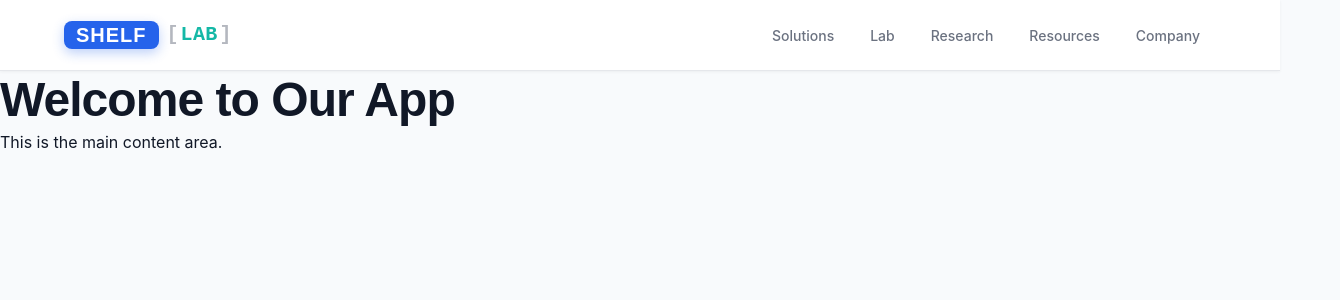
Repository: VladimirGagarin/shelf
Page: /
The author's editor kept a copy of each file at every save. The page is drawn from the files as they stood at one save, then again after a run of saves.
The browser window is 1280 px wide. The page is 1340 px wide, so the pictures cover 1340 px, including what lies to the right of the window. The pictures show the whole page.
The project was rebuilt for these pictures with package versions that can differ from the ones it lists, and the page was loaded fresh each time. Also part of the build but not shown: vite.config.js, src/App.css, src/About/about.jsx.

Above is the page before, as saved 2026-07-13 18:28:20.

### index.html
<!doctype html>
<html lang="en">
  <head>
    <meta charset="UTF-8" />
    <link rel="icon" type="image/svg+xml" href="/favicon.svg" />
    <meta name="viewport" content="width=device-width, initial-scale=1.0" />
    <title>shelf-lab</title>
  </head>
  <body>
    <div id="root"></div>
    <script type="module" src="/src/main.jsx"></script>
  </body>
</html>

### src/main.jsx
import { StrictMode } from 'react'
import { createRoot } from 'react-dom/client'
import './index.css'
import App from './App.jsx'
import { createBrowserRouter, RouterProvider } from "react-router-dom";
import AboutPage from './About/about.jsx'

const router = createBrowserRouter([
  {
    path: "/",
    element: <App />,
  },
  {
    path: "/about",
    element: <AboutPage />,
  },
  {
    path:"*",
    element: <App/>,
  }
]);

createRoot(document.getElementById('root')).render(
  <StrictMode>
    <RouterProvider router={router} />
  </StrictMode>,
)

### src/App.jsx
import Navbar from "./Shared/components/Navbar"
import './App.css'

function App() {


  return (
    <>
      <Navbar />
      <section className="LandingPage">
        <h1>Welcome to Our App</h1>
        <p>This is the main content area.</p>
      </section>
      <section className="LandingPage"></section>
    </>
  )
}

export default App

### src/Shared/components/Navbar.jsx
import "./Navbar.css";
import { FaBars, FaTimes } from "react-icons/fa";
import { useState, useEffect, useRef } from "react";

export default function Navbar() {
  const [isMobile, setIsMobile] = useState(window.innerWidth <= 768);
  const [isMenuOpen, setIsMenuOpen] = useState(false);
  const menuRef = useRef(null);
  const buttonRef = useRef(null);

  // Handle window resize
  useEffect(() => {
    const handleResize = () => {
      const mobile = window.innerWidth <= 768;
      setIsMobile(mobile);
      if (!mobile) setIsMenuOpen(false); // Close menu on desktop
    };

    window.addEventListener("resize", handleResize);
    return () => window.removeEventListener("resize", handleResize);
  }, []);

  // Handle click outside to close menu
  useEffect(() => {
    const handleClickOutside = (event) => {
      if (
        isMenuOpen &&
        menuRef.current &&
        !menuRef.current.contains(event.target) &&
        !buttonRef.current.contains(event.target)
      ) {
        setIsMenuOpen(false);
      }
    };

    document.addEventListener("mousedown", handleClickOutside);
    return () => document.removeEventListener("mousedown", handleClickOutside);
  }, [isMenuOpen]);

  // Handle escape key to close menu
  useEffect(() => {
    const handleEscape = (event) => {
      if (isMenuOpen && event.key === "Escape") {
        setIsMenuOpen(false);
      }
    };

    document.addEventListener("keydown", handleEscape);
    return () => document.removeEventListener("keydown", handleEscape);
  }, [isMenuOpen]);

  // Prevent body scroll when menu is open on mobile
  useEffect(() => {
    if (isMenuOpen && isMobile) {
      document.body.style.overflow = "hidden";
    } else {
      document.body.style.overflow = "unset";
    }
    return () => {
      document.body.style.overflow = "unset";
    };
  }, [isMenuOpen, isMobile]);

  const toggleMenu = () => {
    setIsMenuOpen(!isMenuOpen);
  };

  const navItems = [
    {
      title: "Solutions",
      children: [
        { label: "Services", link: "/services" },
        { label: "Industries", link: "/industries" },
        { label: "Case Studies", link: "/case-studies" },
        { label: "Request Solution", link: "/request" },
      ],
    },
    {
      title: "Lab",
      children: [
        { label: "Algorithms", link: "/algorithms" },
        { label: "Experiments", link: "/experiments" },
        { label: "Challenges", link: "/challenges" },
        { label: "Demos", link: "/demos" },
      ],
    },
    {
      title: "Research",
      children: [
        { label: "Research Lab", link: "/research" },
        { label: "Benchmarks", link: "/benchmarks" },
        { label: "Publications", link: "/publications" },
      ],
    },
    {
      title: "Resources",
      children: [
        { label: "Blog", link: "/blog" },
        { label: "Tutorials", link: "/tutorials" },
        { label: "Documentation", link: "/docs" },
      ],
    },
    {
      title: "Company",
      children: [
        { label: "About", link: "/about" },
        { label: "Careers", link: "/careers" },
        { label: "Contact", link: "/contact" },
      ],
    },
  ];

  return (
    <>
      <nav className="navbar" role="navigation" aria-label="Main navigation">
        <div className="navbar-container">
          {/* Logo */}
          <div className="nav-logo">
            <a href="/" aria-label="ShelfLab Home">
              <h2 className="hero-title">
                <span className="shelf-box">SHELF</span>
                <span className="lab-text">LAB</span>
              </h2>
            </a>
          </div>

          {/* Desktop Menu */}
          {!isMobile && (
            <div className="nav-menu">
              <ul className="nav-list">
                {navItems.map((item, index) => (
                  <li key={index} className="nav-item">
                    <button
                      className="nav-link"
                      aria-haspopup="true"
                      aria-expanded="false"
                    >
                      {item.title}
                    </button>
                    <ul className="dropdown-menu">
                      {item.children.map((child, childIndex) => (
                        <li key={childIndex}>
                          <a href={child.link} className="dropdown-link">
                            {child.label}
                          </a>
                        </li>
                      ))}
                    </ul>
                  </li>
                ))}
              </ul>
            </div>
          )}

          {/* Mobile Menu Button */}
          {isMobile && (
            <button
              ref={buttonRef}
              className="menu-toggle"
              onClick={toggleMenu}
              aria-label={isMenuOpen ? "Close menu" : "Open menu"}
              aria-expanded={isMenuOpen}
              aria-controls="mobile-menu"
            >
              {isMenuOpen ? <FaTimes /> : <FaBars />}
            </button>
          )}
        </div>
      </nav>

      {/* Mobile Menu Overlay */}
      {isMobile && (
        <div
          id="mobile-menu"
          ref={menuRef}
          className={`mobile-menu ${isMenuOpen ? "open" : ""}`}
          role="dialog"
          aria-modal="true"
          aria-label="Mobile navigation"
        >
          <div className="mobile-menu-content">
            <ul className="mobile-nav-list">
              {navItems.map((item, index) => (
                <li key={index} className="mobile-nav-item">
                  <div className="mobile-nav-header">
                    <span>{item.title}</span>
                  </div>
                  <ul className="mobile-submenu">
                    {item.children.map((child, childIndex) => (
                      <li key={childIndex}>
                        <a
                          href={child.link}
                          className="mobile-nav-link"
                          onClick={() => setIsMenuOpen(false)}
                        >
                          {child.label}
                        </a>
                      </li>
                    ))}
                  </ul>
                </li>
              ))}
            </ul>
          </div>
        </div>
      )}
    </>
  );
}

### src/About/about.css
/* about.css */

/* ========================================
   ABOUT PAGE STYLES
   ======================================== */

   :root {
  /* ===== COLORS ===== */
  /* Backgrounds */
  --bg-primary: #F8FAFC;
  --bg-surface: #FFFFFF;
  --bg-card: #FFFFFF;

  /* Primary */
  --color-primary: #2563EB;
  --color-primary-hover: #1D4ED8;

  /* Accent */
  --color-accent: #14B8A6;

  /* Text */
  --color-text: #111827;
  --color-text-secondary: #6B7280;

  /* Borders */
  --color-border: #E5E7EB;

  /* Status */
  --color-success: #22C55E;
  --color-warning: #F59E0B;
  --color-danger: #EF4444;

  /* ===== TYPOGRAPHY ===== */
  /* Font Families */
  --font-heading: 'Space Grotesk', 'Sora', sans-serif;
  --font-body: 'Inter', -apple-system, BlinkMacSystemFont, 'Segoe UI', Roboto, sans-serif;
  --font-code: 'JetBrains Mono', 'Fira Code', 'Cascadia Code', monospace;

  /* Font Sizes */
  --text-xs: 0.75rem;    /* 12px */
  --text-sm: 0.875rem;   /* 14px */
  --text-base: 1rem;     /* 16px */
  --text-lg: 1.125rem;   /* 18px */
  --text-xl: 1.25rem;    /* 20px */
  --text-2xl: 1.5rem;    /* 24px */
  --text-3xl: 1.875rem;  /* 30px */
  --text-4xl: 2.25rem;   /* 36px */
  --text-5xl: 3rem;      /* 48px */

  /* Font Weights */
  --font-light: 300;
  --font-regular: 400;
  --font-medium: 500;
  --font-semibold: 600;
  --font-bold: 700;
}

/* ===== DARK THEME ===== */
@media (prefers-color-scheme: dark) {
  :root {
    /* Backgrounds */
    --bg-primary: #0B1220;
    --bg-surface: #111827;
    --bg-card: #1E293B;

    /* Primary */
    --color-primary: #3B82F6;
    --color-primary-hover: #2563EB;

    /* Accent */
    --color-accent: #2DD4BF;

    /* Text */
    --color-text: #F8FAFC;
    --color-text-secondary: #CBD5E1;

    /* Borders */
    --color-border: #334155;

    /* Status */
    --color-success: #22C55E;
    --color-warning: #FBBF24;
    --color-danger: #F87171;
  }
}

/* ========================================
   HERO SECTION
   ======================================== */

.hero-section {
  min-height: 80vh;
  display: flex;
  align-items: center;
  background: linear-gradient(135deg, var(--bg-primary) 0%, var(--bg-surface) 100%);
  padding: 4rem 2rem;
  position: relative;
  overflow: hidden;
}

.hero-content {
  flex: 1;
  max-width: 700px;
  position: relative;
  z-index: 2;
}

.hero-badge {
  display: inline-block;
  background: var(--color-primary);
  color: white;
  padding: 0.25rem 1rem;
  border-radius: 50px;
  font-size: var(--text-xs);
  font-weight: var(--font-semibold);
  text-transform: uppercase;
  letter-spacing: 0.05em;
  margin-bottom: 1.5rem;
}

.hero-content h1 {
  font-size: var(--text-5xl);
  font-weight: var(--font-bold);
  color: var(--color-text);
  margin-bottom: 0.5rem;
  letter-spacing: -0.02em;
}

.hero-content h2 {
  font-size: var(--text-3xl);
  font-weight: var(--font-medium);
  color: var(--color-primary);
  margin-bottom: 1.5rem;
}

.hero-description {
  font-size: var(--text-lg);
  color: var(--color-text-secondary);
  line-height: 1.8;
  max-width: 550px;
  margin-bottom: 2rem;
}

.cta-group {
  display: flex;
  gap: 1rem;
  flex-wrap: wrap;
}

.btn-primary {
  display: inline-flex;
  align-items: center;
  gap: 0.5rem;
  background: var(--color-primary);
  color: white;
  padding: 0.75rem 1.75rem;
  border-radius: 0.5rem;
  font-weight: var(--font-medium);
  text-decoration: none;
  transition: all 0.3s ease;
}

.btn-primary:hover {
  background: var(--color-primary-hover);
  transform: translateY(-2px);
  box-shadow: 0 10px 20px rgba(37, 99, 235, 0.3);
}

.btn-secondary {
  display: inline-flex;
  align-items: center;
  gap: 0.5rem;
  background: transparent;
  color: var(--color-text);
  padding: 0.75rem 1.75rem;
  border: 2px solid var(--color-border);
  border-radius: 0.5rem;
  font-weight: var(--font-medium);
  text-decoration: none;
  transition: all 0.3s ease;
}

.btn-secondary:hover {
  border-color: var(--color-primary);
  color: var(--color-primary);
  transform: translateY(-2px);
}

.hero-visual {
  flex: 1;
  position: relative;
  min-height: 400px;
}

.floating-shapes {
  position: relative;
  width: 100%;
  height: 100%;
}

.shape {
  position: absolute;
  border-radius: 50%;
  background: var(--color-primary);
  opacity: 0.1;
  animation: float 6s ease-in-out infinite;
}

.shape-1 {
  width: 200px;
  height: 200px;
  top: 20%;
  right: 20%;
  animation-delay: 0s;
}

.shape-2 {
  width: 150px;
  height: 150px;
  top: 50%;
  right: 50%;
  animation-delay: 2s;
  background: var(--color-accent);
}

.shape-3 {
  width: 100px;
  height: 100px;
  top: 10%;
  right: 60%;
  animation-delay: 4s;
  background: var(--color-success);
}

@keyframes float {
  0%, 100% { transform: translateY(0) rotate(0deg); }
  50% { transform: translateY(-20px) rotate(10deg); }
}

/* ========================================
   WHO WE ARE SECTION
   ======================================== */

.who-we-are-section {
  padding: 5rem 2rem;
  background: var(--bg-surface);
}

.section-container {
  max-width: 1200px;
  margin: 0 auto;
}

.section-header {
  text-align: center;
  margin-bottom: 3rem;
}

.section-tag {
  display: inline-block;
  color: var(--color-primary);
  font-size: var(--text-xs);
  font-weight: var(--font-semibold);
  text-transform: uppercase;
  letter-spacing: 0.1em;
  margin-bottom: 0.5rem;
}

.section-header h2 {
  font-size: var(--text-4xl);
  font-weight: var(--font-bold);
  color: var(--color-text);
  margin-bottom: 0.75rem;
}

.section-subtitle {
  font-size: var(--text-lg);
  color: var(--color-text-secondary);
  max-width: 600px;
  margin: 0 auto;
}

.who-we-are-grid {
  display: grid;
  grid-template-columns: 1fr 1fr;
  gap: 4rem;
  align-items: center;
}

.who-we-are-content p {
  font-size: var(--text-lg);
  color: var(--color-text-secondary);
  line-height: 1.8;
  margin-bottom: 1.5rem;
}

.who-we-are-stats {
  display: grid;
  grid-template-columns: 1fr 1fr 1fr;
  gap: 2rem;
}

.stat-item {
  text-align: center;
  padding: 2rem;
  background: var(--bg-primary);
  border-radius: 0.75rem;
  border: 1px solid var(--color-border);
}

.stat-number {
  display: block;
  font-size: var(--text-3xl);
  font-weight: var(--font-bold);
  color: var(--color-primary);
  margin-bottom: 0.5rem;
}

.stat-label {
  font-size: var(--text-sm);
  color: var(--color-text-secondary);
}

/* ========================================
   MISSION SECTION
   ======================================== */

.mission-section {
  padding: 5rem 2rem;
  background: linear-gradient(135deg, var(--bg-primary) 0%, var(--bg-surface) 100%);
}

.mission-grid {
  display: grid;
  grid-template-columns: 1fr 1fr;
  gap: 3rem;
  max-width: 1000px;
  margin: 0 auto;
}

.mission-card {
  background: var(--bg-card);
  padding: 3rem;
  border-radius: 1rem;
  border: 1px solid var(--color-border);
  text-align: center;
  transition: all 0.3s ease;
}

.mission-card:hover {
  transform: translateY(-5px);
  box-shadow: 0 20px 40px rgba(0, 0, 0, 0.08);
}

.mission-icon {
  font-size: 3rem;
  margin-bottom: 1rem;
}

.mission-card h3 {
  font-size: var(--text-2xl);
  font-weight: var(--font-bold);
  color: var(--color-text);
  margin-bottom: 1rem;
}

.mission-card p {
  color: var(--color-text-secondary);
  line-height: 1.8;
}

/* ========================================
   PRINCIPLES SECTION
   ======================================== */

.principles-section {
  padding: 5rem 2rem;
  background: var(--bg-surface);
}

.principles-cards {
  display: grid;
  grid-template-columns: repeat(auto-fit, minmax(250px, 1fr));
  gap: 2rem;
}

.principle-card {
  background: var(--bg-card);
  padding: 2.5rem 2rem;
  border-radius: 1rem;
  border: 1px solid var(--color-border);
  text-align: center;
  transition: all 0.3s ease;
}

.principle-card:hover {
  transform: translateY(-5px);
  border-color: var(--color-primary);
  box-shadow: 0 10px 30px rgba(37, 99, 235, 0.1);
}

.principle-icon-wrapper {
  display: inline-flex;
  align-items: center;
  justify-content: center;
  width: 64px;
  height: 64px;
  border-radius: 50%;
  background: var(--bg-primary);
  color: var(--color-primary);
  font-size: 1.5rem;
  margin-bottom: 1rem;
  transition: all 0.3s ease;
}

.principle-card:hover .principle-icon-wrapper {
  background: var(--color-primary);
  color: white;
}

.principle-card h3 {
  font-size: var(--text-xl);
  font-weight: var(--font-semibold);
  color: var(--color-text);
  margin-bottom: 0.5rem;
}

.principle-tagline {
  color: var(--color-primary);
  font-weight: var(--font-medium);
  margin-bottom: 0.75rem;
}

.principle-description {
  color: var(--color-text-secondary);
  font-size: var(--text-sm);
  line-height: 1.6;
}

/* ========================================
   WORKFLOW SECTION
   ======================================== */

.workflow-section {
  padding: 5rem 2rem;
  background: var(--bg-primary);
}

.workflow-steps {
  display: flex;
  justify-content: space-between;
  align-items: flex-start;
  gap: 1rem;
  overflow-x: auto;
  padding: 1rem 0;
}

.workflow-step-wrapper {
  display: flex;
  align-items: center;
  flex: 1;
  min-width: 140px;
}

.step-card {
  background: var(--bg-card);
  padding: 2rem 1.5rem;
  border-radius: 0.75rem;
  border: 1px solid var(--color-border);
  text-align: center;
  flex: 1;
  transition: all 0.3s ease;
  position: relative;
}

.step-card:hover {
  transform: translateY(-5px);
  border-color: var(--color-primary);
  box-shadow: 0 10px 30px rgba(37, 99, 235, 0.1);
}

.step-number {
  display: inline-flex;
  align-items: center;
  justify-content: center;
  width: 40px;
  height: 40px;
  border-radius: 50%;
  background: var(--color-primary);
  color: white;
  font-weight: var(--font-bold);
  margin-bottom: 1rem;
}

.step-icon {
  font-size: 1.5rem;
  color: var(--color-primary);
  margin-bottom: 0.75rem;
}

.step-card h3 {
  font-size: var(--text-base);
  font-weight: var(--font-semibold);
  color: var(--color-text);
  margin-bottom: 0.5rem;
}

.step-card p {
  font-size: var(--text-xs);
  color: var(--color-text-secondary);
}

.step-connector {
  color: var(--color-text-secondary);
  font-size: 1.5rem;
  padding: 0 0.5rem;
  flex-shrink: 0;
}

/* ========================================
   INDUSTRIES SECTION
   ======================================== */

.industries-section {
  padding: 5rem 2rem;
  background: var(--bg-surface);
}

.industries-grid {
  display: grid;
  grid-template-columns: repeat(auto-fit, minmax(250px, 1fr));
  gap: 2rem;
}

.industry-card {
  background: var(--bg-card);
  padding: 2.5rem 2rem;
  border-radius: 1rem;
  border: 1px solid var(--color-border);
  text-align: center;
  transition: all 0.3s ease;
}

.industry-card:hover {
  transform: translateY(-5px);
  box-shadow: 0 10px 30px rgba(0, 0, 0, 0.08);
}

.industry-icon {
  font-size: 2.5rem;
  color: var(--color-primary);
  margin-bottom: 1rem;
}

.industry-card h3 {
  font-size: var(--text-xl);
  font-weight: var(--font-semibold);
  color: var(--color-text);
  margin-bottom: 1rem;
}

.industry-items {
  list-style: none;
  padding: 0;
  margin: 0;
}

.industry-items li {
  padding: 0.5rem 0;
  color: var(--color-text-secondary);
  font-size: var(--text-sm);
  border-bottom: 1px solid var(--color-border);
}

.industry-items li:last-child {
  border-bottom: none;
}

/* ========================================
   WHY SHELFLAB SECTION
   ======================================== */

.why-shelflab-section {
  padding: 5rem 2rem;
  background: var(--bg-primary);
}

.why-shelflab-grid {
  display: grid;
  grid-template-columns: repeat(auto-fit, minmax(300px, 1fr));
  gap: 2rem;
}

.why-shelflab-card {
  background: var(--bg-card);
  padding: 3rem 2rem;
  border-radius: 1rem;
  border: 1px solid var(--color-border);
  text-align: center;
  transition: all 0.3s ease;
}

.why-shelflab-card:hover {
  transform: translateY(-5px);
  box-shadow: 0 10px 30px rgba(0, 0, 0, 0.08);
}

.pillar-icon {
  font-size: 3rem;
  color: var(--color-primary);
  margin-bottom: 1rem;
}

.why-shelflab-card h3 {
  font-size: var(--text-xl);
  font-weight: var(--font-semibold);
  color: var(--color-text);
  margin-bottom: 0.75rem;
}

.why-shelflab-card p {
  color: var(--color-text-secondary);
  line-height: 1.6;
}

/* ========================================
   CTA SECTION
   ======================================== */

.cta-section {
  padding: 5rem 2rem;
  background: linear-gradient(135deg, var(--color-primary) 0%, var(--color-primary-hover) 100%);
  text-align: center;
  position: relative;
  overflow: hidden;
}

.cta-section::before {
  content: '';
  position: absolute;
  top: -50%;
  right: -50%;
  width: 100%;
  height: 200%;
  background: rgba(255, 255, 255, 0.05);
  transform: rotate(30deg);
}

.cta-content {
  position: relative;
  z-index: 1;
  max-width: 700px;
  margin: 0 auto;
}

.cta-content h2 {
  font-size: var(--text-4xl);
  font-weight: var(--font-bold);
  color: white;
  margin-bottom: 1.5rem;
}

.cta-content p {
  font-size: var(--text-lg);
  color: rgba(255, 255, 255, 0.9);
  line-height: 1.8;
  margin-bottom: 2rem;
}

.btn-large {
  padding: 1rem 2.5rem;
  font-size: var(--text-lg);
  background: white;
  color: var(--color-primary);
}

.btn-large:hover {
  background: var(--bg-primary);
  transform: translateY(-3px);
  box-shadow: 0 15px 30px rgba(0, 0, 0, 0.2);
}

/* ========================================
   FOOTER
   ======================================== */

.footer {
  background: var(--bg-surface);
  border-top: 1px solid var(--color-border);
  padding: 3rem 2rem 1rem;
}

.footer-content {
  max-width: 1200px;
  margin: 0 auto;
  display: grid;
  grid-template-columns: 2fr 3fr;
  gap: 3rem;
  margin-bottom: 2rem;
}

.footer-brand h2 {
  font-size: var(--text-2xl);
  color: var(--color-primary);
  margin-bottom: 0.5rem;
}

.footer-brand p {
  color: var(--color-text-secondary);
}

.footer-links {
  display: grid;
  grid-template-columns: repeat(3, 1fr);
  gap: 2rem;
}

.footer-column h4 {
  font-size: var(--text-sm);
  font-weight: var(--font-semibold);
  color: var(--color-text);
  margin-bottom: 1rem;
}

.footer-column a {
  display: block;
  color: var(--color-text-secondary);
  text-decoration: none;
  padding: 0.25rem 0;
  font-size: var(--text-sm);
  transition: color 0.3s ease;
}

.footer-column a:hover {
  color: var(--color-primary);
}

.footer-bottom {
  max-width: 1200px;
  margin: 0 auto;
  padding-top: 2rem;
  border-top: 1px solid var(--color-border);
  text-align: center;
}

.footer-bottom p {
  color: var(--color-text-secondary);
  font-size: var(--text-sm);
}

/* ========================================
   RESPONSIVE DESIGN
   ======================================== */

@media (max-width: 1024px) {
  .hero-section {
    flex-direction: column;
    text-align: center;
    padding: 3rem 1.5rem;
  }

  .hero-content {
    max-width: 100%;
  }

  .hero-description {
    margin: 0 auto 2rem;
  }

  .cta-group {
    justify-content: center;
  }

  .who-we-are-grid {
    grid-template-columns: 1fr;
    gap: 2rem;
  }

  .mission-grid {
    grid-template-columns: 1fr;
    gap: 2rem;
  }

  .footer-content {
    grid-template-columns: 1fr;
    gap: 2rem;
  }
}

@media (max-width: 768px) {
  .hero-content h1 {
    font-size: var(--text-3xl);
  }

  .hero-content h2 {
    font-size: var(--text-2xl);
  }

  .hero-description {
    font-size: var(--text-base);
  }

  .who-we-are-stats {
    grid-template-columns: 1fr;
    gap: 1rem;
  }

  .workflow-steps {
    flex-direction: column;
    align-items: stretch;
  }

  .workflow-step-wrapper {
    flex-direction: column;
    min-width: auto;
  }

  .step-connector {
    transform: rotate(90deg);
    padding: 0.5rem 0;
  }

  .footer-links {
    grid-template-columns: 1fr 1fr;
  }

  .cta-content h2 {
    font-size: var(--text-3xl);
  }

  .principles-cards {
    grid-template-columns: 1fr 1fr;
  }
}

@media (max-width: 480px) {
  .hero-section {
    padding: 2rem 1rem;
    min-height: 60vh;
  }

  .hero-content h1 {
    font-size: var(--text-2xl);
  }

  .hero-content h2 {
    font-size: var(--text-xl);
  }

  .cta-group {
    flex-direction: column;
    align-items: center;
  }

  .btn-primary,
  .btn-secondary {
    width: 100%;
    justify-content: center;
  }

  .principles-cards {
    grid-template-columns: 1fr;
  }

  .industries-grid {
    grid-template-columns: 1fr;
  }

  .why-shelflab-grid {
    grid-template-columns: 1fr;
  }

  .footer-links {
    grid-template-columns: 1fr;
  }

  .section-header h2 {
    font-size: var(--text-3xl);
  }

  .mission-card {
    padding: 2rem 1.5rem;
  }
}

/* ========================================
   DARK THEME OVERRIDES
   ======================================== */

@media (prefers-color-scheme: dark) {
  .hero-section {
    background: linear-gradient(135deg, var(--bg-primary) 0%, var(--bg-surface) 100%);
  }

  .mission-section {
    background: linear-gradient(135deg, var(--bg-primary) 0%, var(--bg-surface) 100%);
  }

  .principle-card:hover {
    box-shadow: 0 10px 30px rgba(59, 130, 246, 0.15);
  }

  .stat-item {
    background: var(--bg-surface);
  }

  .cta-section {
    background: linear-gradient(135deg, #1D4ED8 0%, #1E3A8A 100%);
  }
}

/* ========================================
   ACCESSIBILITY
   ======================================== */

@media (prefers-reduced-motion: reduce) {
  * {
    animation-duration: 0.01ms !important;
    animation-iteration-count: 1 !important;
    transition-duration: 0.01ms !important;
  }
}

:focus-visible {
  outline: 2px solid var(--color-primary);
  outline-offset: 2px;
}

/* ========================================
   HERO TITLE WITH STYLED SHELF & LAB
   ======================================== */

.hero-title {
  font-size: var(--text-5xl);
  font-weight: var(--font-bold);
  color: var(--color-text);
  margin-bottom: 0.5rem;
  letter-spacing: -0.02em;
  display: flex;
  align-items: center;
  flex-wrap: wrap;
  gap: 0.25rem;
}

/* SHELF in a box */
.shelf-box {
  display: inline-block;
  background: var(--color-primary);
  color: white;
  padding: 0.1rem 0.75rem;
  border-radius: 0.5rem;
  font-family: var(--font-heading);
  font-weight: var(--font-bold);
  letter-spacing: 0.05em;
  position: relative;
  transition: all 0.3s ease;
  box-shadow: 0 4px 12px rgba(37, 99, 235, 0.3);
}

.shelf-box:hover {
  transform: scale(1.05);
  box-shadow: 0 8px 24px rgba(37, 99, 235, 0.4);
}

/* LAB in different font */
.lab-text {
  display: inline-block;
  font-family: var(--font-code);
  font-weight: var(--font-bold);
  color: var(--color-accent);
  letter-spacing: 0.02em;
  position: relative;
  padding: 0 0.25rem;
  transition: all 0.3s ease;
}

.lab-text::before {
  content: '[';
  color: var(--color-text-secondary);
  opacity: 0.5;
  margin-right: 0.1rem;
}

.lab-text::after {
  content: ']';
  color: var(--color-text-secondary);
  opacity: 0.5;
  margin-left: 0.1rem;
}

.lab-text:hover {
  color: var(--color-primary);
  transform: translateY(-2px);
}

/* Alternative: If you want LAB in a different color and font with badge style */
.lab-text-badge {
  display: inline-block;
  font-family: var(--font-code);
  font-weight: var(--font-bold);
  background: var(--bg-card);
  color: var(--color-accent);
  padding: 0.1rem 0.5rem;
  border-radius: 0.25rem;
  border: 2px solid var(--color-accent);
  letter-spacing: 0.05em;
  transition: all 0.3s ease;
}

.lab-text-badge:hover {
  background: var(--color-accent);
  color: white;
  transform: rotate(-2deg) scale(1.05);
}

/* ========================================
   RESPONSIVE ADJUSTMENTS FOR TITLE
   ======================================== */

@media (max-width: 768px) {
  .hero-title {
    font-size: var(--text-3xl);
    gap: 0.15rem;
  }

  .shelf-box {
    padding: 0.05rem 0.5rem;
    font-size: var(--text-3xl);
  }

  .lab-text {
    font-size: var(--text-3xl);
  }
}

@media (max-width: 480px) {
  .hero-title {
    font-size: var(--text-2xl);
    gap: 0.1rem;
  }

  .shelf-box {
    padding: 0.05rem 0.4rem;
    font-size: var(--text-2xl);
  }

  .lab-text {
    font-size: var(--text-2xl);
  }
}

Loaded but not shown: src/Shared/components/Navbar.css (606 lines, source omitted); src/index.css (384 lines, source omitted)

After the next 2 saves:
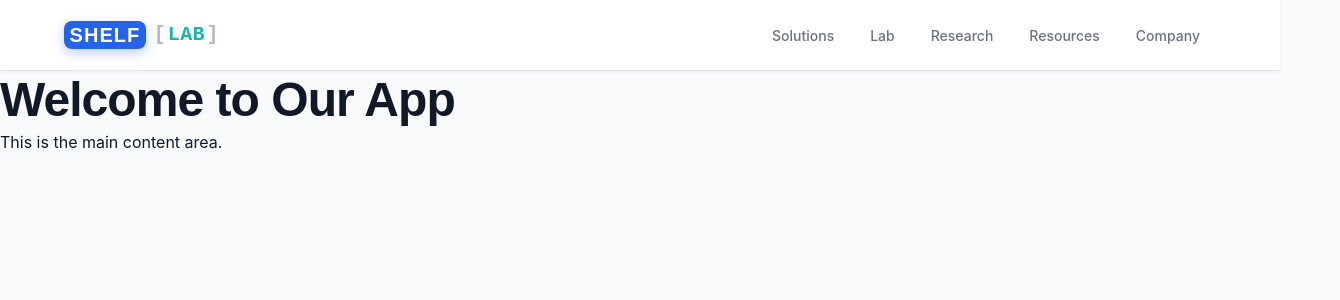
The 2 saves are shown as one change because they came seconds apart.
The last was saved 20 s later.
--- a/src/About/about.css
+++ b/src/About/about.css
@@ -947,7 +947,7 @@
   display: inline-block;
   background: var(--color-primary);
   color: white;
-  padding: 0.1rem 0.75rem;
+  padding: 0.1rem 0.35rem;
   border-radius: 0.5rem;
   font-family: var(--font-heading);
   font-weight: var(--font-bold);
